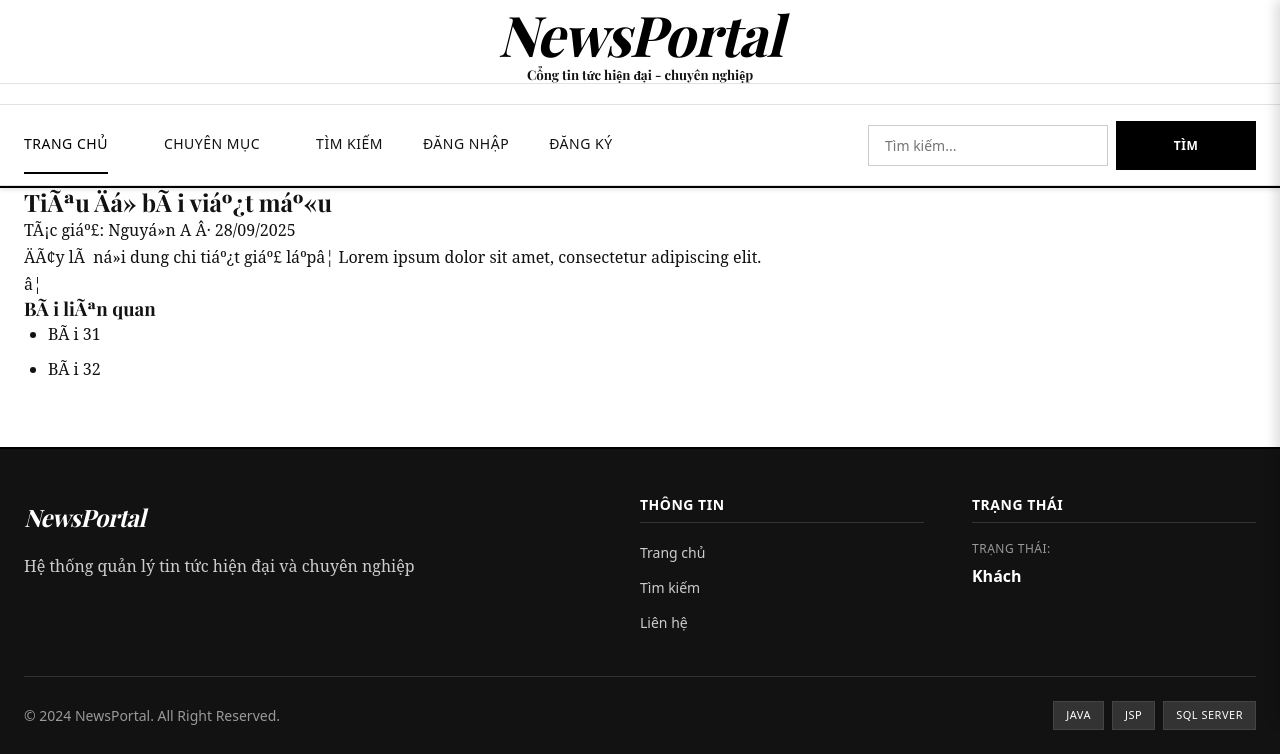
Repository: minhtvpy00202-git/Assignment_PY00202_MinhTV
Page: http://localhost/NewsPortal_PY00202/WEB-INF/views/news-detail.jsp
These files come from the project's save history. The page is drawn as it stood at one moment and after the next save; the edit follows.
The browser window is 1280 px wide. The pictures show the whole page.
Some web fonts or font styles are not loaded; a fallback is used. The page is served by Tomcat 10. Nobody is signed in. The template is opened directly, without the code that normally fills it, so the values that code supplies are empty.

Above is the page before, as saved 2025-09-28 01:04:58.

After the next save:
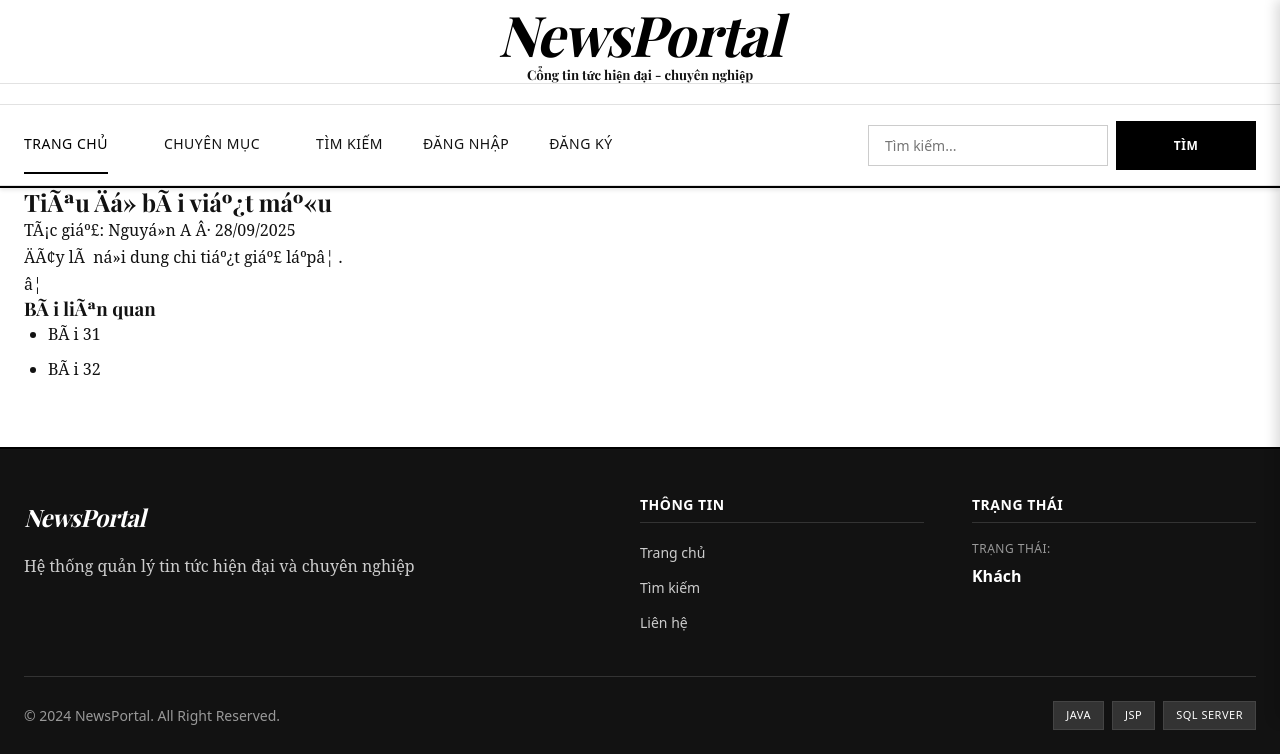
Saved 11 s later.
--- a/Assignment_NewsPortal/NewsPortal_PY00202/src/main/webapp/WEB-INF/views/news-detail.jsp
+++ b/Assignment_NewsPortal/NewsPortal_PY00202/src/main/webapp/WEB-INF/views/news-detail.jsp
@@ -3,8 +3,7 @@
 	<article class="post">
 		<h1>Tiêu đề bài viết mẫu</h1>
 		<p class="meta">Tác giả: Nguyễn A · 28/09/2025</p>
-		<p>Đây là nội dung chi tiết giả lập… Lorem ipsum dolor sit amet,
-			consectetur adipiscing elit.</p>
+		<p>Đây là nội dung chi tiết giả lập… .</p>
 		<p>…</p>
 	</article>
 	<section class="related">
